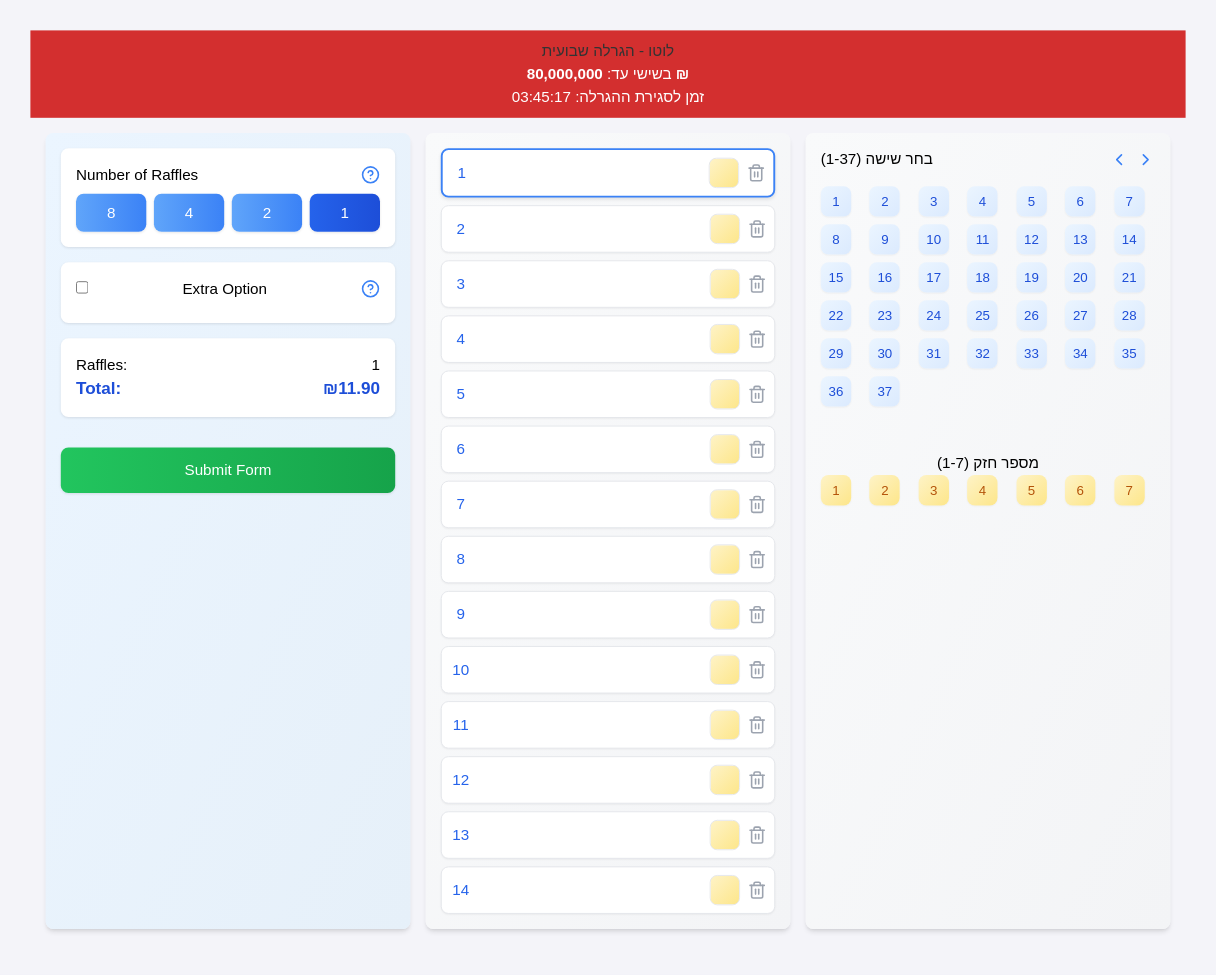
Repository: Giltih/LottoForm1
Page: /
These files come from the project's save history. The page is drawn as it stood at one moment and after a run of saves; the edit follows.
The browser window is 1280 px wide. The pictures show the whole page, at 95% of full size.
The project was rebuilt for these pictures with package versions that can differ from the ones it lists, and the page was loaded fresh each time. Also part of the build but not shown: vite.config.ts.

Above is the page before, as saved 2025-02-20 13:17:22.

After the next 2 saves:
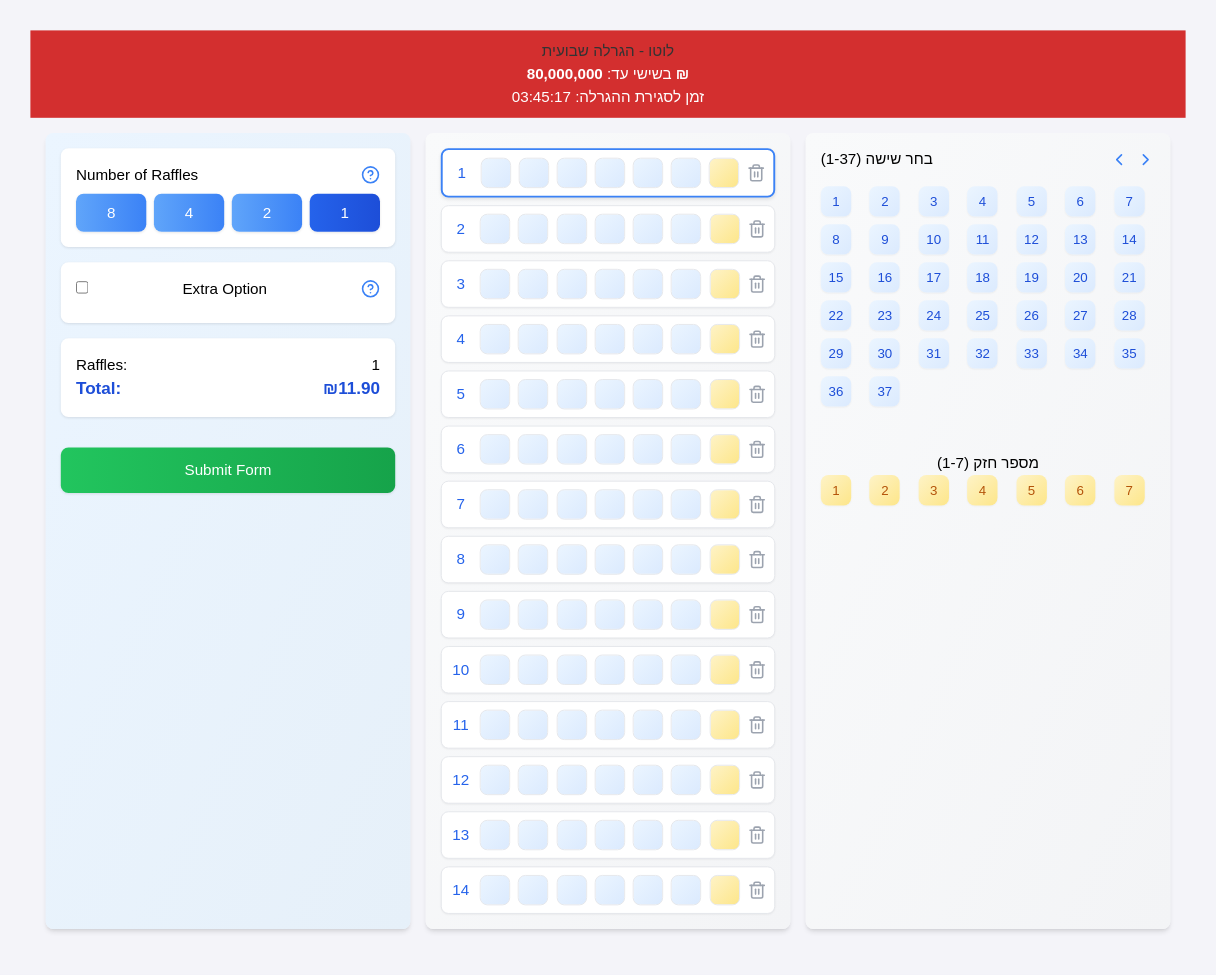
The 2 saves are shown as one change because they came seconds apart.
The last was saved 6 s later.
--- a/src/components/LotteryInterface.tsx
+++ b/src/components/LotteryInterface.tsx
@@ -188,7 +188,7 @@ const LotteryInterface: React.FC = () => {
               <span className="table-number">{tableIndex + 1}</span>
               <div className="number-grid">
                 {table.regular.map((num, i) => (
-                  <div key={i} className={getNumberClass('regu')}>
+                  <div key={i} className={getNumberClass('regular-number')}>
                     {num}
                   </div>
                 ))}
